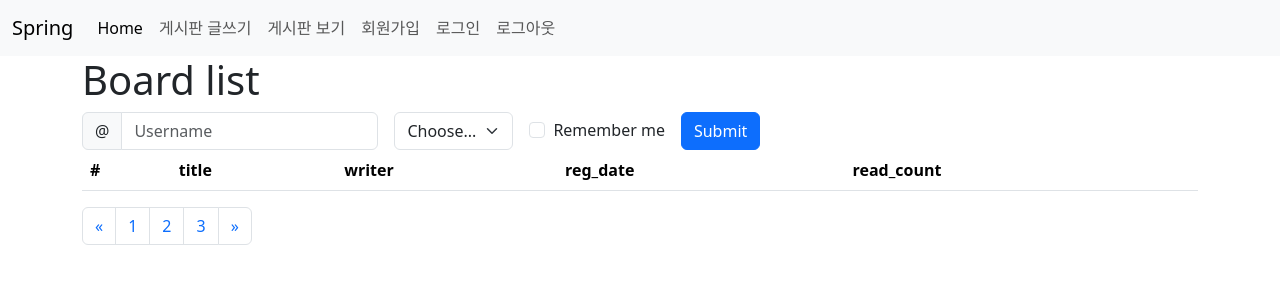
Repository: kimnoanoa/springTest240430
Page: http://localhost/spring_study/WEB-INF/views/board/list.jsp
These files come from the project's save history. The page is drawn as it stood at one moment and after a run of saves; the edit follows.
The browser window is 1280 px wide. The pictures show the whole page.
The page is served by Tomcat 9. Nobody is signed in. The template is opened directly, without the code that normally fills it, so the values that code supplies are empty.

Above is the page before, as saved 2024-04-24 08:10:42.

### spring_study/src/main/webapp/WEB-INF/views/board/list.jsp
<%@ page language="java" contentType="text/html; charset=UTF-8"
    pageEncoding="UTF-8"%>
  <%@ taglib uri="http://java.sun.com/jsp/jstl/core" prefix="c" %>

<jsp:include page="../layout/header.jsp"></jsp:include>
<div class="container-md">
	<h1>Board list</h1>
	<!-- 검색 -->
	<form class="row row-cols-lg-auto g-3 align-items-center">
  <div class="col-12">
    <label class="visually-hidden" for="inlineFormInputGroupUsername">Username</label>
    <div class="input-group">
      <div class="input-group-text">@</div>
      <input type="text" class="form-control" id="inlineFormInputGroupUsername" placeholder="Username">
    </div>
  </div>

  <div class="col-12">
    <label class="visually-hidden" for="inlineFormSelectPref">Preference</label>
    <select class="form-select" id="inlineFormSelectPref">
      <option selected>Choose...</option>
      <option value="1">One</option>
      <option value="2">Two</option>
      <option value="3">Three</option>
    </select>
  </div>

  <div class="col-12">
    <div class="form-check">
      <input class="form-check-input" type="checkbox" id="inlineFormCheck">
      <label class="form-check-label" for="inlineFormCheck">
        Remember me
      </label>
    </div>
  </div>

  <div class="col-12">
    <button type="submit" class="btn btn-primary">Submit</button>
  </div>
</form>
	<table class="table table-hover">
		<thead>
			<tr>
				<th>#</th>
				<th>title</th>
				<th>writer</th>
				<th>reg_date</th>
				<th>read_count</th>
			</tr>
		</thead>
		<tbody>
			<c:forEach items="${list }" var="bvo">
			<tr>
				<td>${bvo.bno }</td>
				<td><a href="/board/detail?bno=${bvo.bno}">${bvo.title }</a></td>
				<td>${bvo.writer }</td>
				<td>${bvo.reg_date }</td>
				<td>${bvo.read_count }</td>
			</tr>
			</c:forEach>
		</tbody>
	</table>

	<!-- 페이지네이션 -->
	<nav aria-label="Page navigation example">
  <ul class="pagination">
    <li class="page-item">
      <a class="page-link" href="#" aria-label="Previous">
        <span aria-hidden="true">&laquo;</span>
      </a>
    </li>
    <li class="page-item"><a class="page-link" href="#">1</a></li>
    <li class="page-item"><a class="page-link" href="#">2</a></li>
    <li class="page-item"><a class="page-link" href="#">3</a></li>
    <li class="page-item">
      <a class="page-link" href="#" aria-label="Next">
        <span aria-hidden="true">&raquo;</span>
      </a>
    </li>
  </ul>
</nav>
</div>
<jsp:include page="../layout/footer.jsp"></jsp:include>

### spring_study/src/main/webapp/WEB-INF/views/layout/header.jsp
<%@ page language="java" contentType="text/html; charset=UTF-8"
    pageEncoding="UTF-8"%>
<!DOCTYPE html>
<html>
<head>
<meta charset="UTF-8">
<title>header.jsp</title>
</head>
<link href="https://cdn.jsdelivr.net/npm/bootstrap@5.3.3/dist/css/bootstrap.min.css" rel="stylesheet" integrity="sha384-QWTKZyjpPEjISv5WaRU9OFeRpok6YctnYmDr5pNlyT2bRjXh0JMhjY6hW+ALEwIH" crossorigin="anonymous">
<script src="https://cdn.jsdelivr.net/npm/bootstrap@5.3.3/dist/js/bootstrap.bundle.min.js" integrity="sha384-YvpcrYf0tY3lHB60NNkmXc5s9fDVZLESaAA55NDzOxhy9GkcIdslK1eN7N6jIeHz" crossorigin="anonymous"></script>
<body>
<nav class="navbar navbar-expand-lg bg-body-tertiary">
  <div class="container-fluid">
    <a class="navbar-brand" href="#">Spring</a>
    <button class="navbar-toggler" type="button" data-bs-toggle="collapse" data-bs-target="#navbarSupportedContent" aria-controls="navbarSupportedContent" aria-expanded="false" aria-label="Toggle navigation">
      <span class="navbar-toggler-icon"></span>
    </button>
    <div class="collapse navbar-collapse" id="navbarSupportedContent">
      <ul class="navbar-nav me-auto mb-2 mb-lg-0">
        <li class="nav-item">
          <a class="nav-link active" aria-current="page" href="#">Home</a>
        </li>
        <li class="nav-item">
          <a class="nav-link" href="/board/register">게시판 글쓰기</a>
        </li>
        <li class="nav-item">
          <a class="nav-link" href="/board/list">게시판 보기</a>
        </li>
        <li class="nav-item">
          <a class="nav-link" href="#">회원가입</a>
        </li>
        <li class="nav-item">
          <a class="nav-link" href="#">로그인</a>
        </li>
        <li class="nav-item">
          <a class="nav-link" href="#">로그아웃</a>
        </li>
        </ul>
    </div>
  </div>
</nav>

### spring_study/src/main/webapp/WEB-INF/views/layout/footer.jsp
<%@ page language="java" contentType="text/html; charset=UTF-8"
    pageEncoding="UTF-8"%>
<div>
<!-- 2024 Spring Project -->
</div>
</body>
</html>

After the next 2 saves:
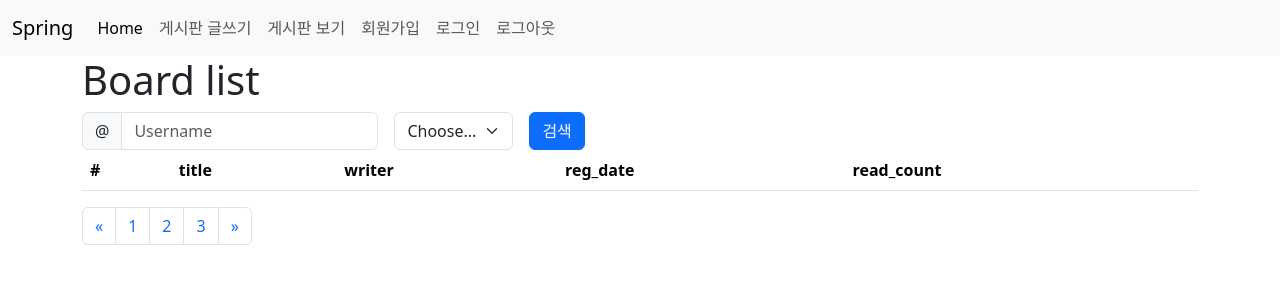
The 2 saves are shown as one change because they came seconds apart.
The last was saved 78 s later.
--- a/spring_study/src/main/webapp/WEB-INF/views/board/list.jsp
+++ b/spring_study/src/main/webapp/WEB-INF/views/board/list.jsp
@@ -26,16 +26,7 @@
   </div>
 
   <div class="col-12">
-    <div class="form-check">
-      <input class="form-check-input" type="checkbox" id="inlineFormCheck">
-      <label class="form-check-label" for="inlineFormCheck">
-        Remember me
-      </label>
-    </div>
-  </div>
-
-  <div class="col-12">
-    <button type="submit" class="btn btn-primary">Submit</button>
+    <button type="submit" class="btn btn-primary">검색</button>
   </div>
 </form>
 	<table class="table table-hover">
